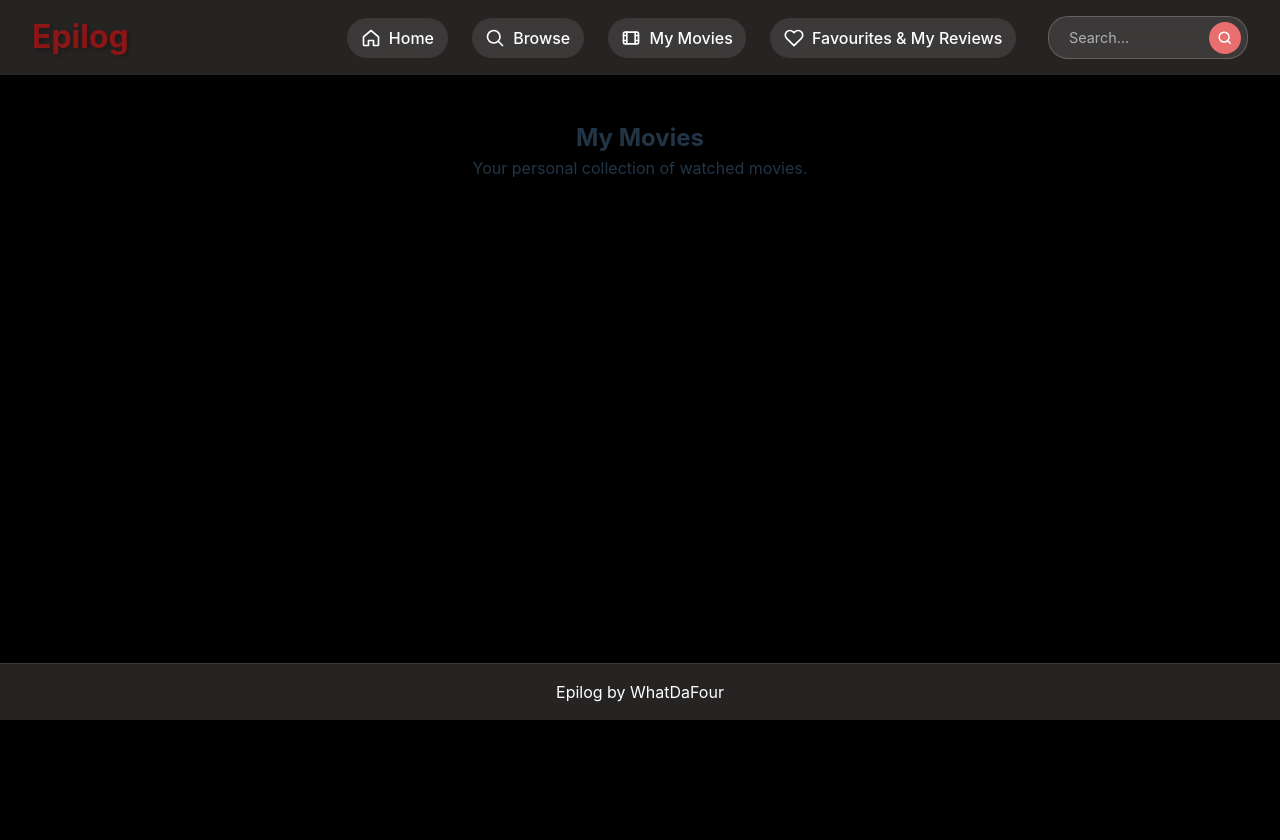
Repository: primcharlin/COMP3170_Epilog
Page: /my-movies
An editor plug-in stored every save of this project. The page is shown before and after the next save, followed by the edit.
The browser window is 1280 px wide. The pictures show the whole page.
The project was rebuilt for these pictures with package versions that can differ from the ones it lists, and the page was loaded fresh each time. Also part of the build but not shown: vite.config.js, src/components/SearchBar.jsx, src/pages/Home.jsx, src/pages/Browse.jsx, src/pages/FavouritesReviews.jsx.

Above is the page before, as saved 2025-10-05 08:44:21.

After the next save:
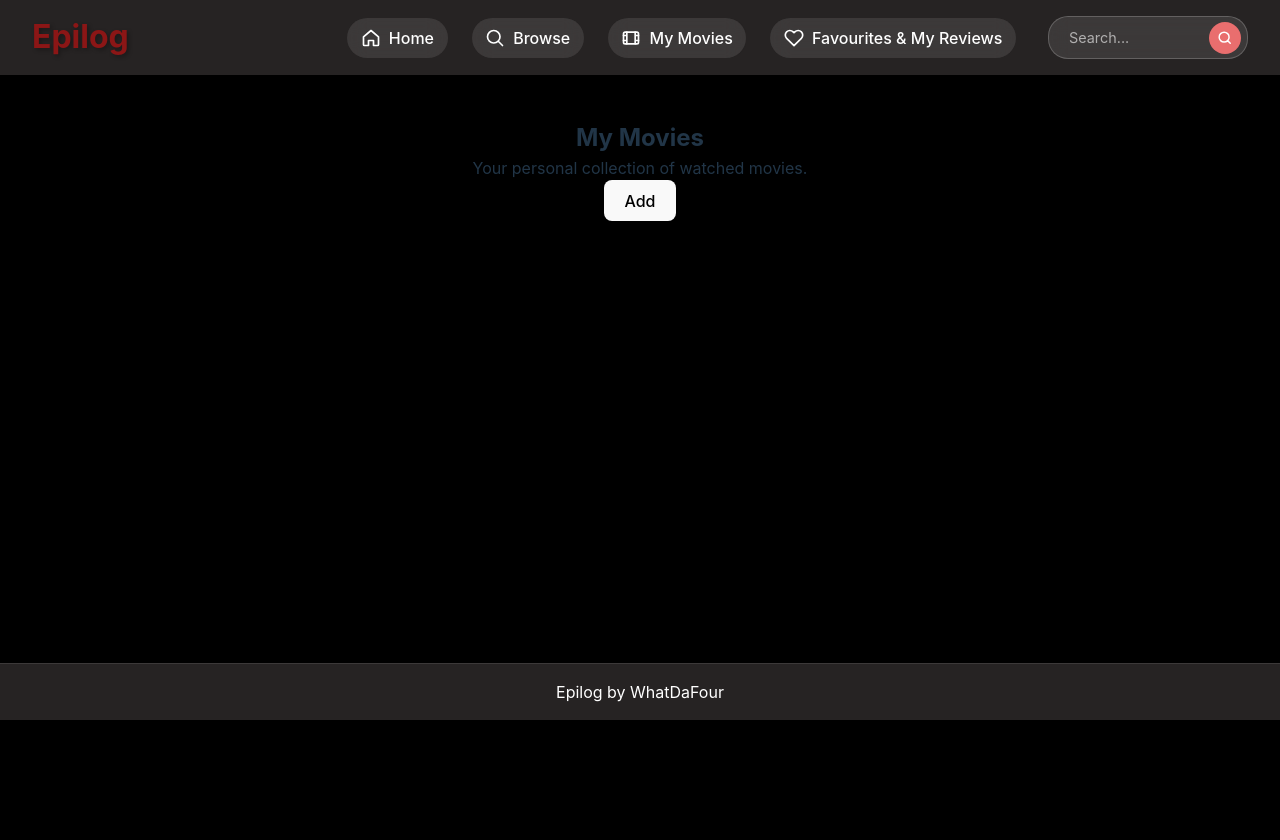
Saved 6 min 12 s later.
--- a/src/pages/MyMovies.jsx
+++ b/src/pages/MyMovies.jsx
@@ -5,6 +5,7 @@ const MyMovies = () => {
         <div className='page-section'>
             <h2>My Movies</h2>
             <p>Your personal collection of watched movies.</p>
+            <button>Add</button>
         </div>
     );
 };
